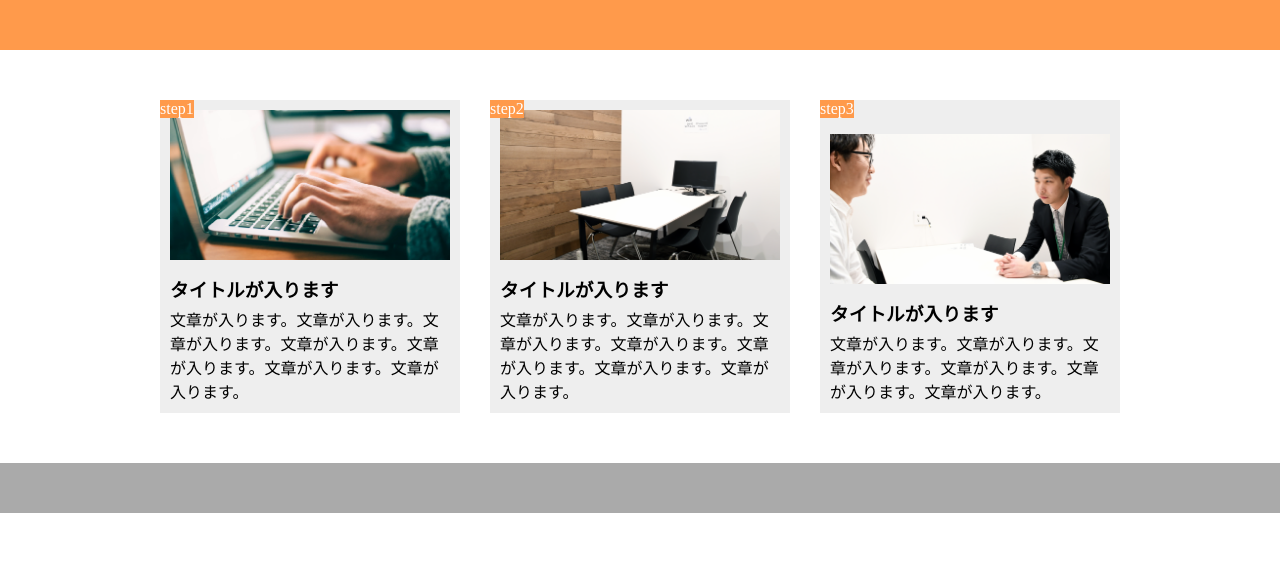
Repository: trmtmy/debug2
Page: chapter9/chapter9.html
The author's editor kept a record of every edit. The page is drawn from the files as they stood at one moment, then again after the next edit.
The browser window is 1280 px wide. The pictures show the whole page.
Some web libraries are served in a nearby version.

Above is the page before.

### chapter9/chapter9.html
<!DOCTYPE html>
<html lang="ja">
  <head>
    <meta charset="UTF-8" />
    <!-- FontAwesomeの読み込み -->
    <script src="https://kit.fontawesome.com/0393e2e04e.js" crossorigin="anonymous"></script>
    <!-- CSSファイルの読み込み -->
    <link rel="stylesheet" href="chapter9.css" />
    <title>9章</title>
  </head>

  <body>

<header>
  <div class="header"></div>
</header>

<main>
  <div class="box">
    <div class="img1"></div>
    <span class="step">step1</span>
    <h3 class="title">タイトルが入ります</h3>
    <p class="text">文章が入ります。文章が入ります。文章が入ります。文章が入ります。文章が入ります。文章が入ります。文章が入ります。</p>
  </div>

  <div class="box">
    <div class="img2"></div>
    <span class="step">step2</span>
    <h3 class="title">タイトルが入ります</h3>
    <p class="text">文章が入ります。文章が入ります。文章が入ります。文章が入ります。文章が入ります。文章が入ります。文章が入ります。</p>
  </div>
  </div>

  <div class="box">
  　 <div class="img3"></div>
    <span class="step">step3</span>
    <h3 class="title">タイトルが入ります</h3>
    <p class="text">文章が入ります。文章が入ります。文章が入ります。文章が入ります。文章が入ります。文章が入ります。</p>
  </div>
  </div>

</main>

<footer>
  <div class="footer">

  </div>
</footer>

  </body>
</html>

<a href="mailto:"></a>

### chapter9/chapter9.css
*{
  margin: 0;
  padding:  0;
  box-sizing: border-box;
}

header {
  background-color: #FF9A4B;
  height: 50px;
}

main {
width: 960px;
margin: 50px auto;
display: flex;
}

.box {
  width: 300px;
  margin-right: 30px;
  padding: 10px;
  position: relative;
  background-color: #EEEEEE;
}

.box:last-child {
  margin-right: 0;
}



.img1 {
  height: 150px;
  background-image: url(flow01.png);
  background-size: cover;
  background-position: bottom;
}


.img2 {
  height: 150px;
  background-image: url(flow02.png);
  background-size: cover;
  background-position: bottom;
}

.img3 {
  height: 150px;
  background-image: url(flow03.png);
  background-size: cover;
  background-position: bottom;
}

.step {
  position: absolute;
  top: 0;
  left: 0;
  background-color: #ff9a4b;
  color: #fff;
}

.title {
  margin: 15px 0 5px;
}

.footer {
  background-color: #AAAAAA;
  height: 50px;
}

@media screen and (max-width: 768px) {

  header {
    width: 100%;
  }

  main {
    width: 100%;
  display: block;
  margintop: 50px;

  }

  .box {
    width: 90%;
    margin: 0 auto;

  }

  .img1 {
    width:100%;
    height: 150px;

  }
  .img2 {
    width: 100%;
    height:150px;

  }
  .img3 {
    width: 100%;
    height: 150px;

  }

  .title {
    width: 100%;
  }

  footer {
    width: 100%;
  }
}

After the next edit:
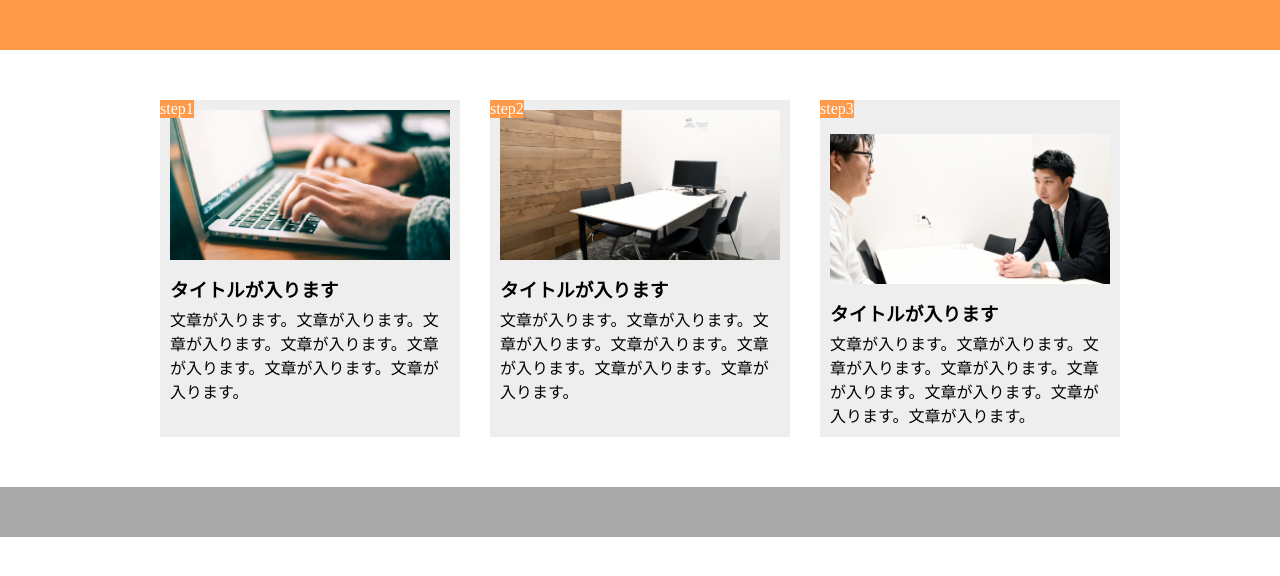
The edit:
--- a/chapter9/chapter9.html
+++ b/chapter9/chapter9.html
@@ -35,7 +35,7 @@
   　 <div class="img3"></div>
     <span class="step">step3</span>
     <h3 class="title">タイトルが入ります</h3>
-    <p class="text">文章が入ります。文章が入ります。文章が入ります。文章が入ります。文章が入ります。文章が入ります。</p>
+    <p class="text">文章が入ります。文章が入ります。文章が入ります。文章が入ります。文章が入ります。文章が入ります。文章が入ります。文章が入ります。</p>
   </div>
   </div>
 
